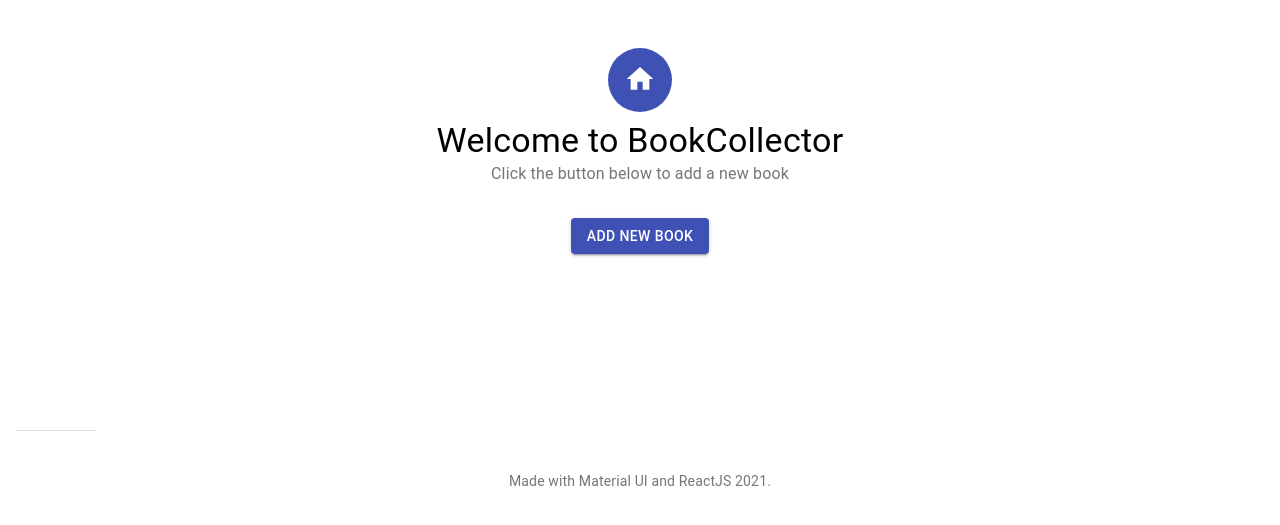
Repository: Colo-Codes/mini-project-react-book-collector
Page: /
These files come from the project's save history. The page is drawn as it stood at one moment and after the next save; the edit follows.
The browser window is 1280 px wide. The pictures show the whole page.
The project was rebuilt for these pictures with package versions that can differ from the ones it lists, and the page was loaded fresh each time. Also part of the build but not shown: src/Books/AddBookForm.js, src/Books/BooksGridItem.js.

Above is the page before, as saved 2021-08-25 14:18:21.

After the next save:
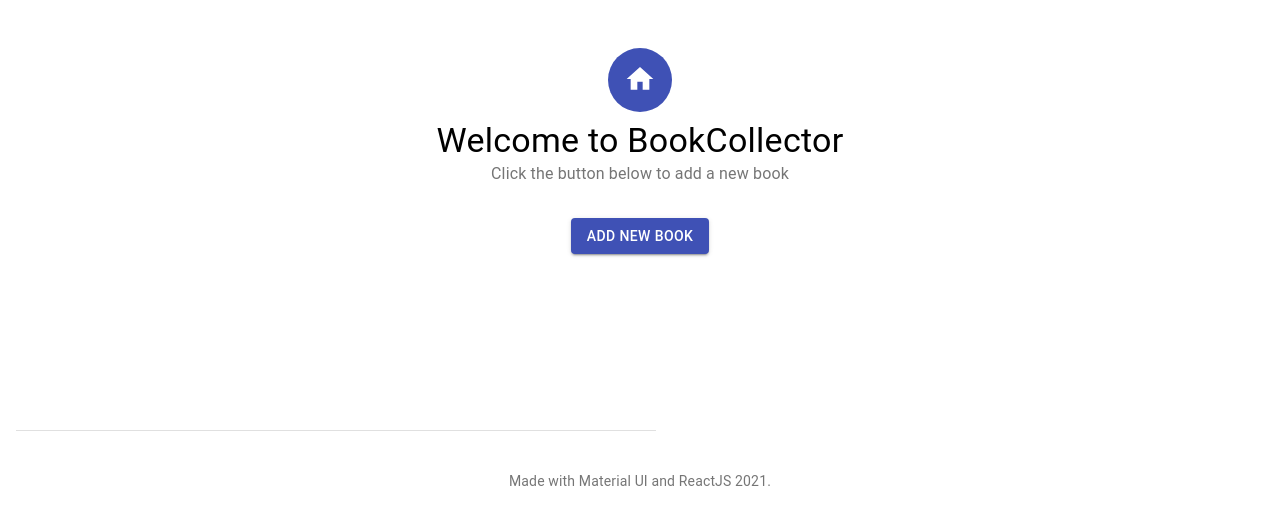
Saved 17 s later.
--- a/src/App.js
+++ b/src/App.js
@@ -28,7 +28,7 @@ const useStyles = makeStyles(theme => ({
     marginV: theme.spacing(4),
   },
   divider: {
-    width: theme.spacing(10),
+    width: '50%',
   }
 }));
 
